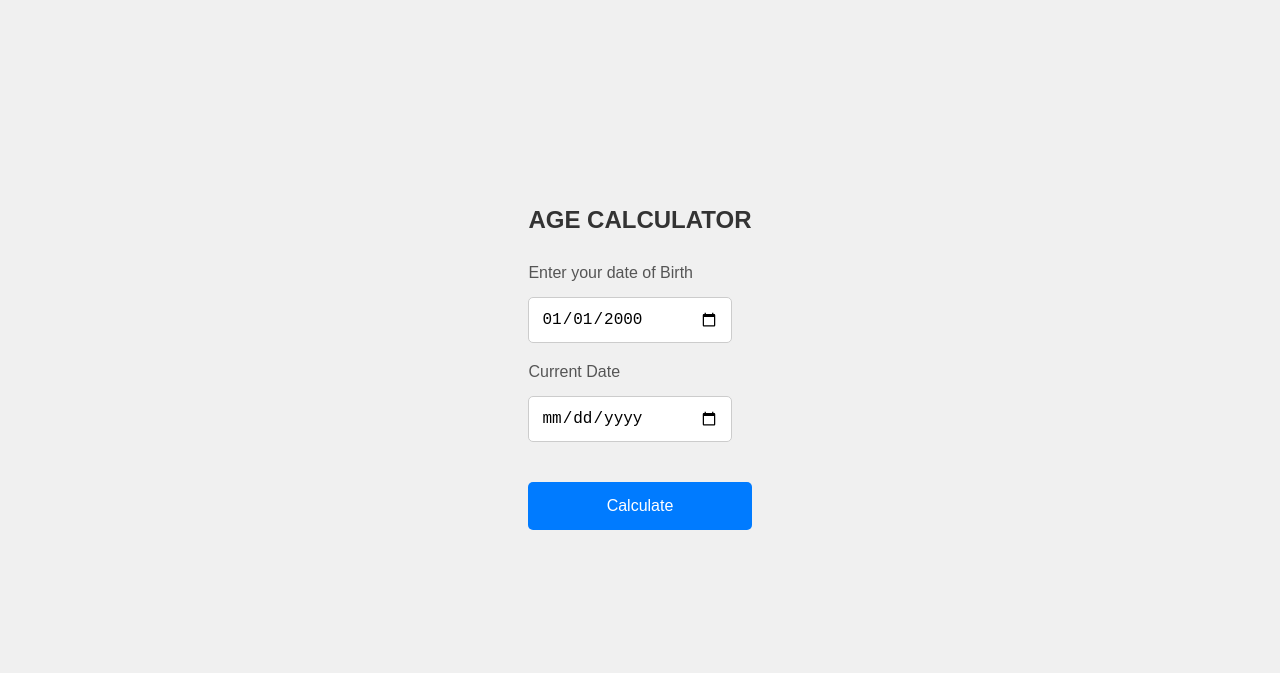
Repository: Femi007-gh/Calculator
Page: index.html
The author's editor kept a copy of each file at every save. The page is drawn from the files as they stood at one save, then again after a run of saves.
The browser window is 1280 px wide. The pictures show the whole page.

Above is the page before, as saved 2025-03-27 18:28:34.

After the next 2 saves:
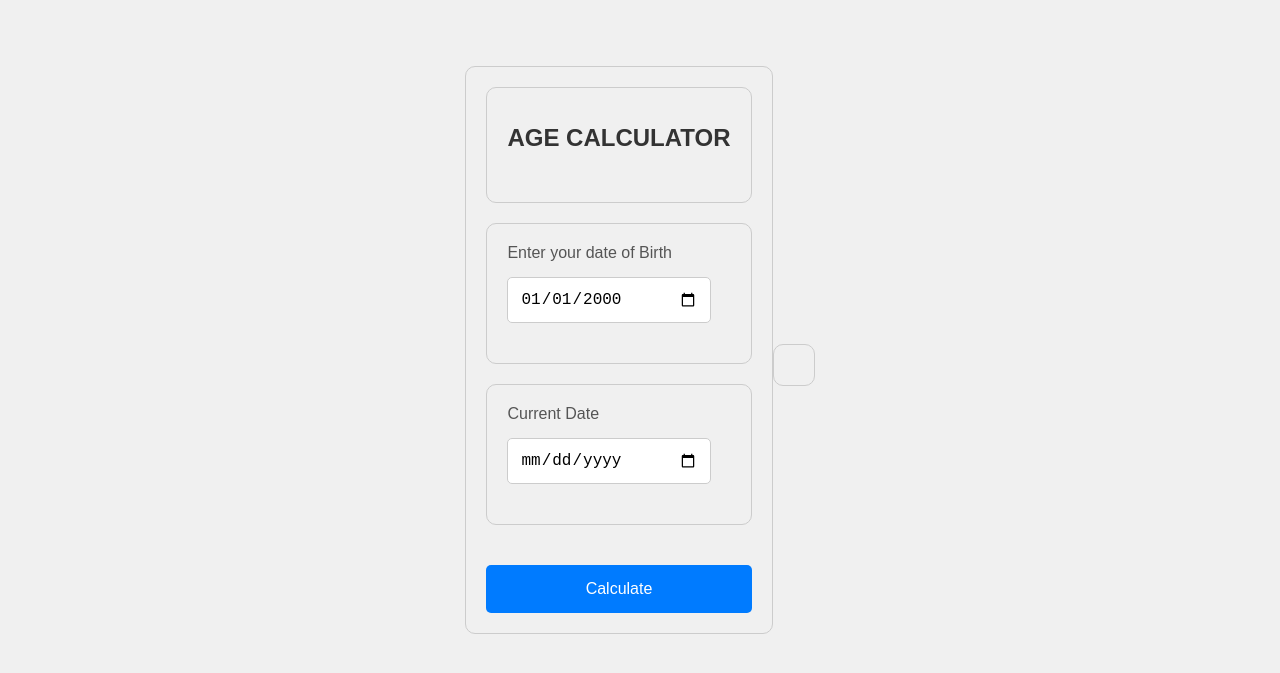
The 2 saves are shown as one change because they came seconds apart.
The last was saved 2 min 4 s later.
--- a/style.css
+++ b/style.css
@@ -8,13 +8,11 @@ body {
   background-color: #f0f0f0;
 }
 
-.container {
-  background-color: white;
+div {
   border: 1px solid #ccc;
-  padding: 40px;
-  border-radius: 15px;
-  box-shadow: 0 4px 8px rgba(0, 0, 0, 0.1);
-  width: 400px;
+  padding: 20px;
+  border-radius: 10px;
+  margin-bottom: 20px;
 }
 
 h1 {
